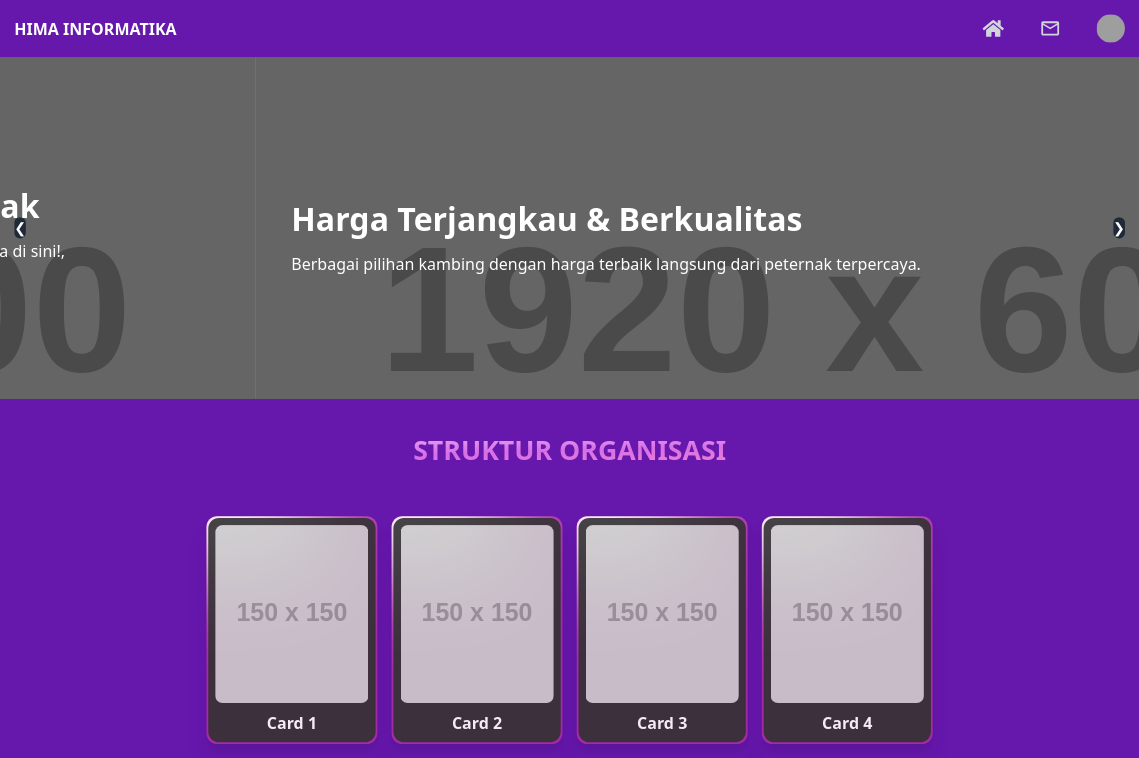
Repository: MUHAMADTEGARWIJAYA/himaif
Page: /
These files come from the project's save history. The page is drawn as it stood at one moment and after the next save; the edit follows.
The browser window is 1280 px wide. The pictures show the whole page, at 89% of full size.
Pictures or frames that could not be fetched are drawn as grey boxes. The project was rebuilt for these pictures with package versions that can differ from the ones it lists, and the page was loaded fresh each time. Also part of the build but not shown: vite.config.js.

Above is the page before, as saved 2024-12-21 13:20:57.

### src/main.jsx
import React from 'react'
import ReactDOM from "react-dom/client"
import './index.css'
import App from './App.jsx'
import { BrowserRouter } from 'react-router-dom'

ReactDOM.createRoot(document.getElementById('root')).render(
  <React.StrictMode>
    <BrowserRouter>
    <App />
    </BrowserRouter>
  </React.StrictMode>
);

### src/index.css
@tailwind base;
@tailwind components;
@tailwind utilities;

body{
    background-color: #8349d4;
}

### src/App.jsx
import { Routes, Route } from "react-router-dom";
import Slider from "./pages/Content";
import LandingPage from "./layout/LandingPageLay";
import Card from "./pages/Members";

export default function App() {
  return (
    <Routes>
      <Route element={<LandingPage />}>
         <Route path="/" element={<Slider   />}/>
         <Route path="/" element={<Card   />}/>
      </Route>
    </Routes>
  );
}

### src/pages/Content.jsx
import { useState, useEffect } from "react";

const Slider = () => {
  const slides = [
    {
      id: 1,
      image: "https://via.placeholder.com/1920x600", // Ganti dengan URL gambar
      title: "Mudah & Transparan! Kambing Langsung dari Peternak",
      description:
        "Akses langsung ke peternak, harga transparan, dan kualitas terjamin. Pilih kambing untuk kebutuhan Anda hanya di sini!, jdsudvudvbduvbdvbdiobvbvsudvds",
    },
    {
      id: 2,
      image: "https://via.placeholder.com/1920x600", // Ganti dengan URL gambar
      title: "Harga Terjangkau & Berkualitas",
      description:
        "Berbagai pilihan kambing dengan harga terbaik langsung dari peternak terpercaya.",
    },
    {
      id: 3,
      image: "https://via.placeholder.com/1920x600", // Ganti dengan URL gambar
      title: "Pesan Sekarang, Nikmati Kemudahan",
      description:
        "Proses cepat, aman, dan terintegrasi untuk kebutuhan kambing Anda.",
    },
  ];

  const [currentIndex, setCurrentIndex] = useState(0);

  useEffect(() => {
    const interval = setInterval(() => {
      setCurrentIndex((prevIndex) =>
        prevIndex === slides.length - 1 ? 0 : prevIndex + 1
      );
    }, 5000); // Ganti dengan waktu delay (ms)
    return () => clearInterval(interval);
  }, [slides.length]);

  const prevSlide = () => {
    setCurrentIndex(currentIndex === 0 ? slides.length - 1 : currentIndex - 1);
  };

  const nextSlide = () => {
    setCurrentIndex((currentIndex + 1) % slides.length);
  };

  return (
    <div className="relative w-full h-96 overflow-hidden">
      <div
        className="flex transition-transform duration-1000"
        style={{ transform: `translateX(-${currentIndex * 100}%)` }}
      >
        {slides.map((slide) => (
          <div
            key={slide.id}
            className="w-full h-[600px] flex-shrink-0 relative"
            style={{
              backgroundImage: `url(${slide.image})`,
              backgroundSize: "cover",
              backgroundPosition: "center",
            }}
          >
            <div className="absolute inset-0 bg-black bg-opacity-50 flex flex-col justify-center mb-48 items-start p-10 text-white">
              <h1 className="text-4xl font-bold mb-4">{slide.title}</h1>
              <p className="text-lg">{slide.description}</p>
            </div>
          </div>
        ))}
      </div>
      <button
        onClick={prevSlide}
        className="absolute top-1/2 left-4 -translate-y-1/2 bg-gray-800 text-white rounded-full"
      >
        &#10094;
      </button>
      <button
        onClick={nextSlide}
        className="absolute top-1/2 right-4 -translate-y-1/2 bg-gray-800 text-white rounded-full"
      >
        &#10095;
      </button>
    </div>
  );
};

export default Slider;

### src/layout/LandingPageLay.jsx
import Navbar from '../pages/Navbar';

import App from "../pages/Members";
import Slider from "../pages/Content";

const LandigPage = () => {
    return (
        <div className='bg-[#6617ac]'>
            <Navbar />
             <Slider />
             <App />
         </div>
    );
};

export default LandigPage;

### src/pages/Members.jsx
import PropTypes from "prop-types";

const Card = ({ title, image }) => {
  return (

    <div className="relative drop-shadow-xl w-48 h-64 overflow-hidden rounded-xl bg-[#a52ba5] transform transition-transform hover:scale-105 hover:rotate-2">
      <div className="absolute inset-0.5 flex flex-col items-center justify-between text-white z-[1] opacity-90 rounded-xl bg-[#323132] p-2">
        <img
          src={image}
          alt={title}
          className="w-full h-52 object-cover rounded-lg"
        />
        <h3 className="text-lg font-semibold mt-2">{title}</h3>
      </div>
      <div className="absolute w-56 h-48 bg-white blur-[50px] -left-1/2 -top-1/2"></div>
    </div>
  );
};

Card.propTypes = {
  title: PropTypes.string.isRequired,
  image: PropTypes.string.isRequired,
};

const App = () => {
  const cards = [
    {
      title: "Card 1",
      image: "https://via.placeholder.com/150",
    },
    {
      title: "Card 2",
      image: "https://via.placeholder.com/150",
    },
    {
      title: "Card 3",
      image: "https://via.placeholder.com/150",
    },
    {
      title: "Card 4",
      image: "https://via.placeholder.com/150",
    },
  ];

  return (
    <div className=" ">
       <h1 className="text-3xl font-semibold mt-10 text-center bg-clip-text text-transparent bg-[radial-gradient(ellipse_at_bottom_right,_var(--tw-gradient-stops))] from-[#ff93be] via-[#d76ee7] to-[#f1c7f9]">
        STRUKTUR ORGANISASI
        </h1>

    <div className="flex flex-wrap justify-center gap-4 mt-10 p-4">

      {cards.map((card, index) => (
        <Card key={index} title={card.title} image={card.image} />
      ))}
    </div>
    </div>
  );
};

export default App;

### src/pages/Navbar.jsx
import  { useState, useEffect } from "react";
import { FaHome } from "react-icons/fa";
import { MdOutlineEmail } from "react-icons/md";

const Navbar = () => {
  const [isVisible, setIsVisible] = useState(true);

  useEffect(() => {
    const handleScroll = () => {
      // Check scroll position
      if (window.scrollY > 50) {
        setIsVisible(false); // Hide when scrolled down
      } else {
        setIsVisible(true); // Show when at top
      }
    };

    window.addEventListener("scroll", handleScroll);

    // Cleanup event listener on unmount
    return () => {
      window.removeEventListener("scroll", handleScroll);
    };
  }, []);

  return (
    <div className="relative">
      <div
        className={`flex items-center p-4 bg-transparent justify-between space-x-5 text-white transition-transform duration-300 ${
          isVisible ? "translate-y-0" : "-translate-y-full"
        }`}
      >
        {/* Bagian Kiri */}
        <div className="flex items-center">
          <span className="text-lg font-bold">HIMA INFORMATIKA</span>
        </div>

        {/* Bagian Kanan */}
        <div className="flex items-center relative space-x-10">
          <button className="text-gray-300 hover:text-white">
            <FaHome className="w-6 h-6" />
          </button>
          <button className="text-gray-300 hover:text-white">
            <MdOutlineEmail className="w-6 h-6" />
          </button>
          {/* Avatar */}
          <div className="flex items-center">
            <img
              src="image.jpg" // Gunakan default jika avatar kosong
              alt="User Avatar"
              className="w-8 h-8 rounded-full"
            />
          </div>
        </div>
      </div>
    </div>
  );
};

export default Navbar;

Loaded but not shown: index.html (common file); tailwind.config.js (common file)

After the next save:
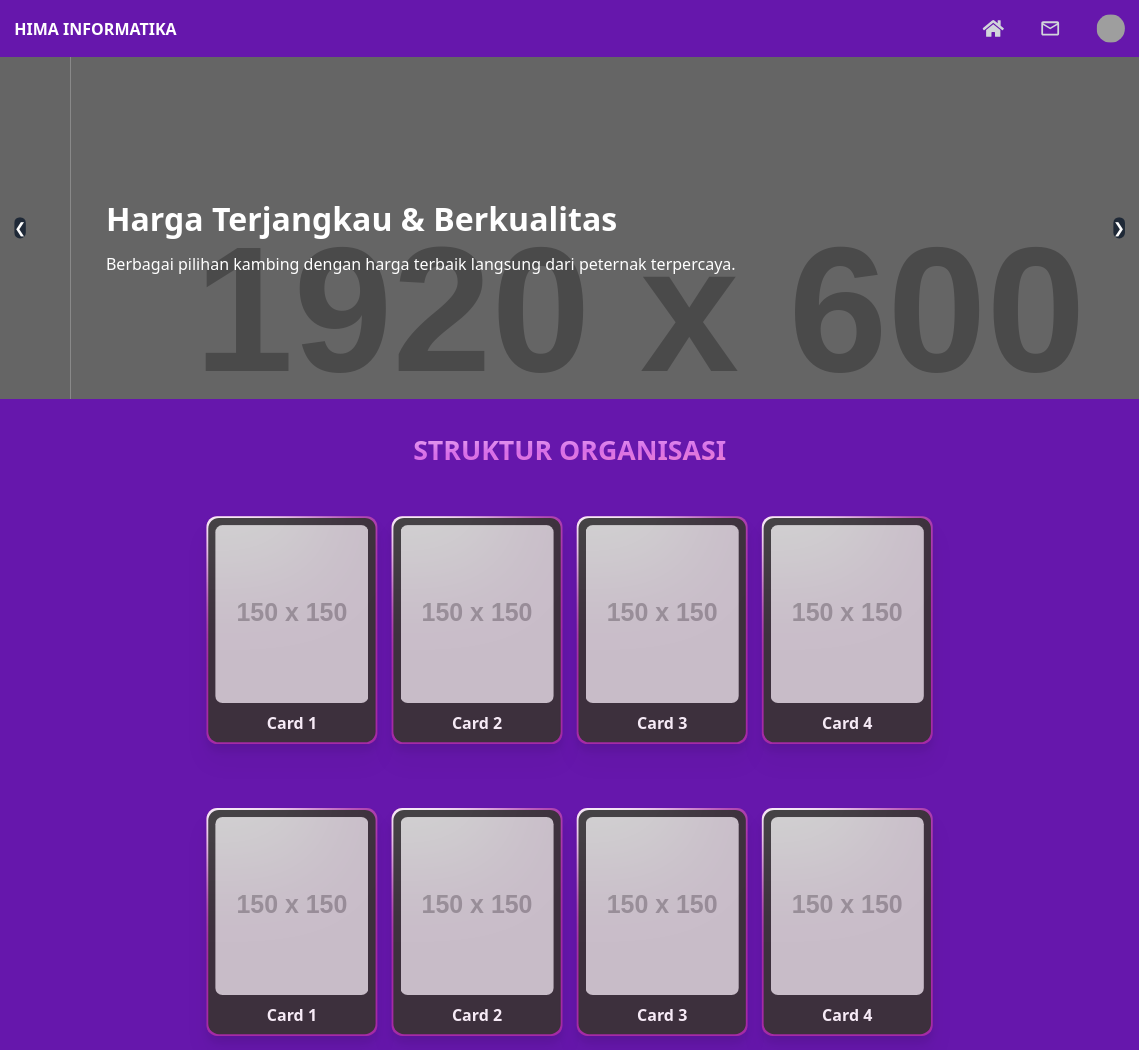
Saved 4 min 25 s later.
--- a/src/pages/Members.jsx
+++ b/src/pages/Members.jsx
@@ -54,6 +54,12 @@ const App = () => {
         <Card key={index} title={card.title} image={card.image} />
       ))}
     </div>
+    <div className="flex flex-wrap justify-center gap-4 mt-10 p-4">
+
+       {cards.map((card, index) => (
+         <Card key={index} title={card.title} image={card.image} />
+       ))}
+     </div>
     </div>
   );
 };
